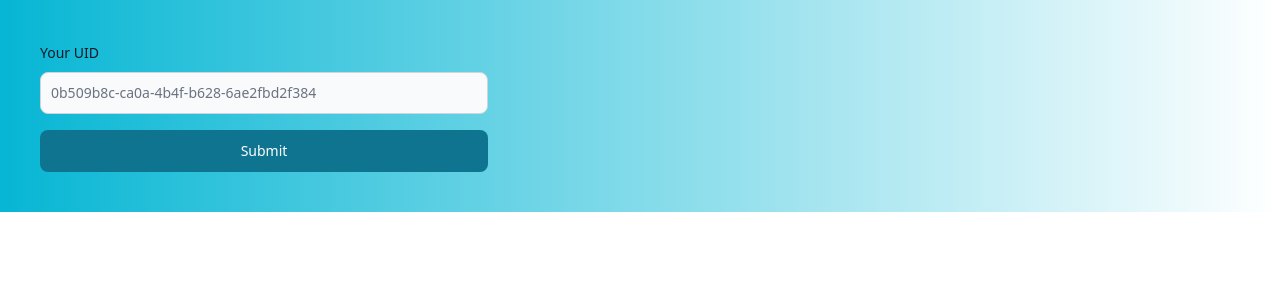
Repository: PrzemyslawJura/Frontend
Page: /
An editor plug-in stored every save of this project. The page is shown before and after the next save, followed by the edit.
The browser window is 1280 px wide. The pictures show the whole page.
The project was rebuilt for these pictures with package versions that can differ from the ones it lists, and the page was loaded fresh each time. Also part of the build but not shown: vite.config.ts.

Above is the page before, as saved 2024-07-24 11:37:35.

After the next save:
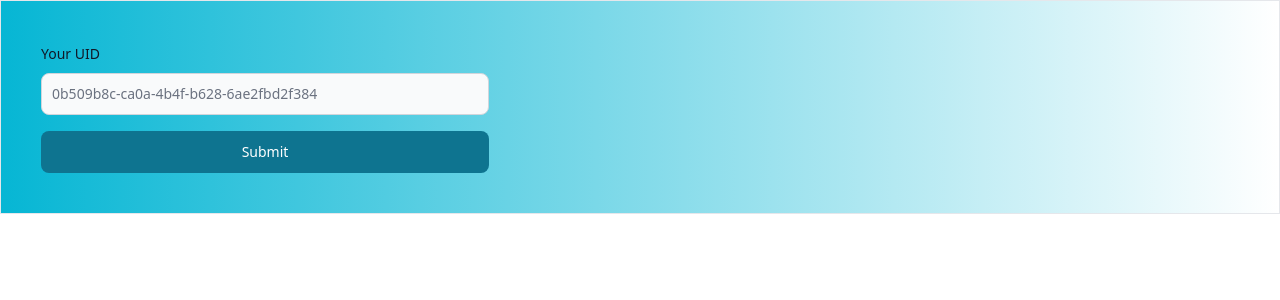
Saved 27 s later.
--- a/src/pages/Login/Login.tsx
+++ b/src/pages/Login/Login.tsx
@@ -5,7 +5,7 @@ function Login() {
   return (
     <>
         <div className="h-14 bg-gradient-to-r from-cyan-500 to-blue-300">
-            <div className="p-10">
+            <div className="p-10 bg-gray border">
                 <LoginForm/>
             </div>
         </div>
